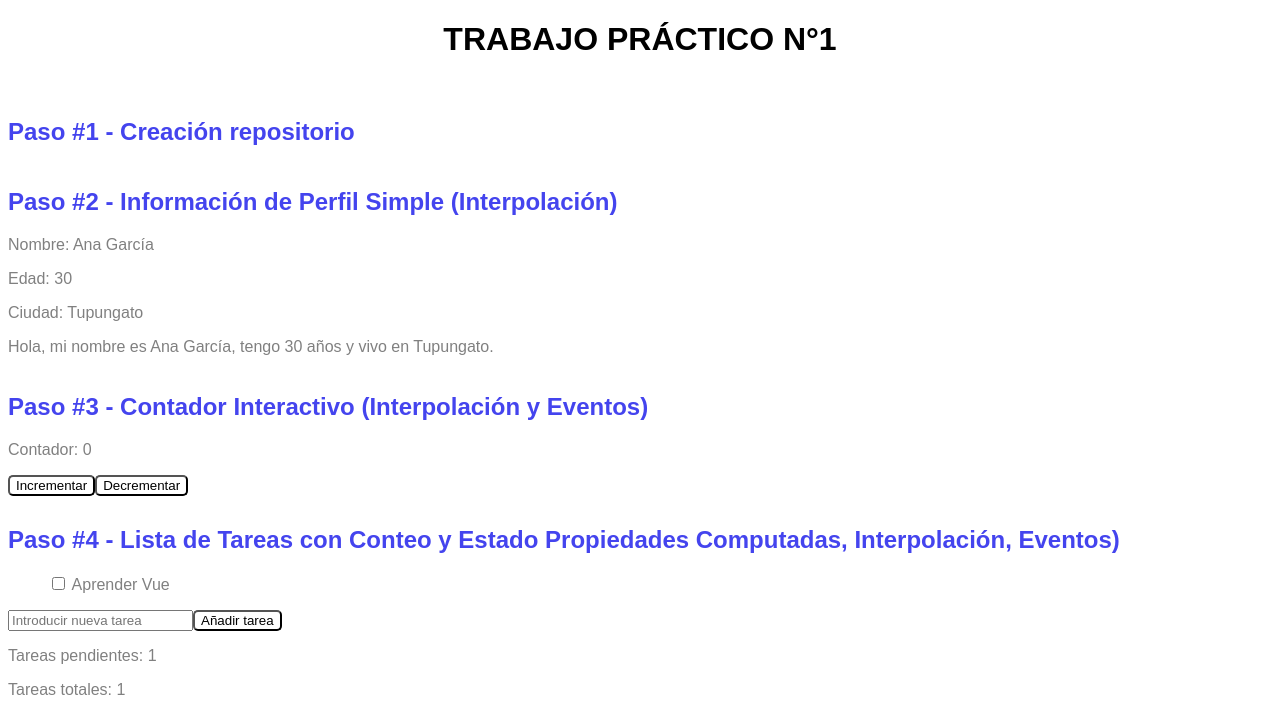
Repository: SofiaSferco/PWA
Page: practico01/index.html
An editor plug-in stored every save of this project. The page is shown before and after the next save, followed by the edit.
The browser window is 1280 px wide. The pictures show the whole page.

Above is the page before, as saved 2025-10-03 14:16:54.

### practico01/index.html
<!DOCTYPE html>
<html lang="en">
<head>
    <meta charset="UTF-8">
    <title>Trabajo Práctico 1</title>
    <script src="https://unpkg.com/vue@3/dist/vue.global.js"></script>
</head>
<body>
    <div id="app">
        <h1>TRABAJO PRÁCTICO N°1</h1>
        <br>
        <h2>Paso #1 - Creación repositorio</h2>
        <hr>
        <h2>{{ segundopaso }}</h2>
            <p>Nombre: {{ nombre }}</p>
            <p>Edad: {{ edad }}</p>
            <p>Ciudad: {{ ciudad }}</p>
            <p>Hola, mi nombre es {{ nombre }}, tengo {{ edad }} años y vivo en {{ ciudad }}.</p>
        <hr>
        <h2>{{ tercerpaso }}</h2>
            <p>Contador: {{ contador }}</p>
            <button v-on:click="contador++">Incrementar</button>
            <button @click="contador--">Decrementar</button>
        <hr>
        <h2>{{cuartopaso}}</h2>
        <ul>
            <li v-for="tarea in tareas" :key="tarea.id" :class="{tachar: tarea.completada}"><input type="checkbox" v-model="tarea.completada"> {{tarea.texto}}</li>
        </ul>
        <input v-model="nuevaTarea" placeholder="Introducir nueva tarea">
        <button @click="agregarTarea">Añadir tarea</button>
        <p>Tareas pendientes: {{tareasPendientes}}</p>
        <p>Tareas totales: {{tareasTotales}}</p>



    </div>
    <script>
        const { createApp } = Vue;
        createApp({
            data() {
                return {
                    segundopaso: 'Paso #2 - Información de Perfil Simple (Interpolación)',
                    nombre: 'Ana García',
                    edad: 30,
                    ciudad: 'Tupungato',
                    tercerpaso: 'Paso #3 - Contador Interactivo (Interpolación y Eventos)',
                    contador: 0,
                    cuartopaso: 'Paso #4 - Lista de Tareas con Conteo y Estado Propiedades Computadas, Interpolación, Eventos)',
                    nuevaTarea: '',
                    tareas: [{
                        id: 1,
                        texto: "Aprender Vue",
                        completada: false
                    }
                    ]
               }
            }, methods: {
                agregarTarea() {
                    if (this.nuevaTarea != "") { //asi como está admite espacios y permito agregar tareas vacias si uso this.nuevaTarea.trim() ahi limito eso
                        this.tareas.push({
                            id: this.tareas.length +1,
                            texto: this.nuevaTarea,
                            completada: false
                        })
                        }
                    this.nuevaTarea = '';
                    }
                }, computed: {
                    tareasPendientes() {
                        return this.tareas.filter (tarea => !tarea.completada).length;
                    },
                     tareasTotales() {
                        return this.tareas.length;
                    }
                }
            },
        ).mount('#app');
    </script>
</body>
<style>
    body {
        font-family: Arial, Helvetica, sans-serif;
        color: gray;
    }
    h1{
        text-align: center;
        color: black;
    }
    h2 {
        color: rgb(68, 68, 238);
    }
    hr {
        border: 1px solid #ffffff;
    }
    button {
        background-color: #ffff;
        color: black;
        cursor: pointer;
        border-radius: 5px;
    }
    button:hover {
        background-color: rgb(177, 177, 240);
    }
    ul{
        list-style-type: none;
    }
    .tachar{
        text-decoration: line-through;
        color: #ffff;
    }
</style>
</html>

After the next save:
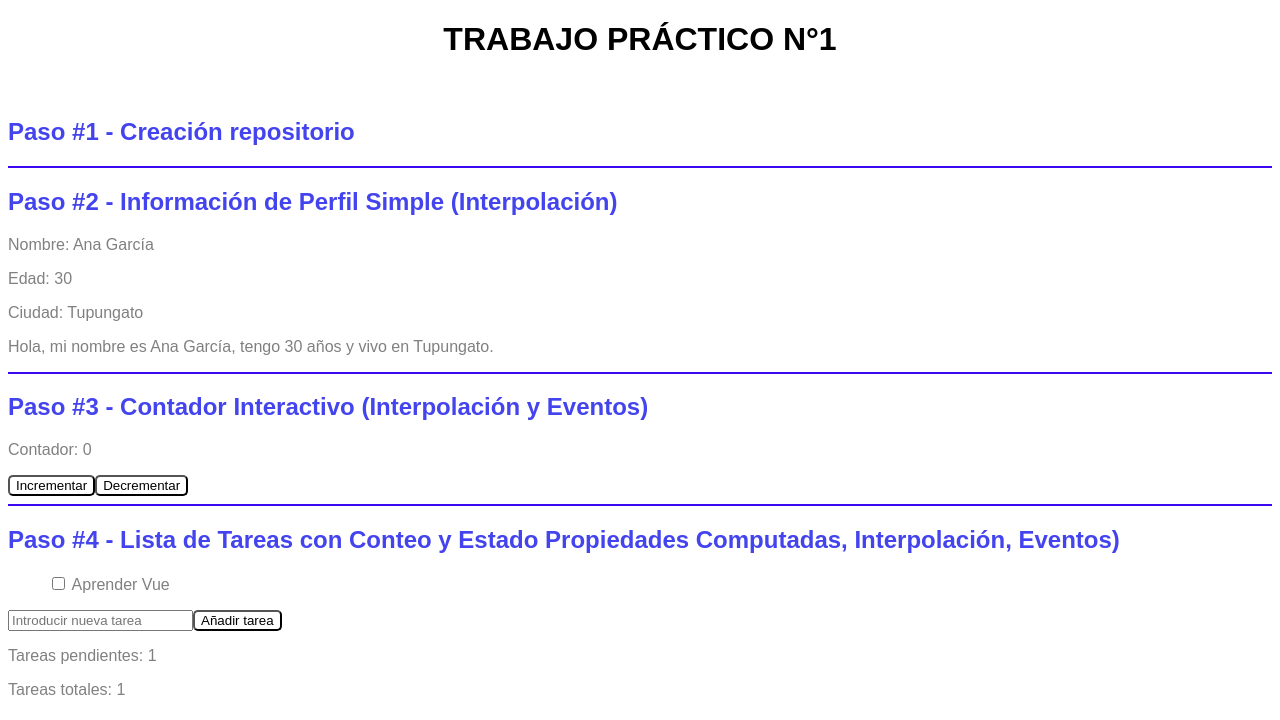
Saved 9 s later.
--- a/practico01/index.html
+++ b/practico01/index.html
@@ -90,7 +90,7 @@
         color: rgb(68, 68, 238);
     }
     hr {
-        border: 1px solid #ffffff;
+        border: 1px solid #3b08f1;
     }
     button {
         background-color: #ffff;
